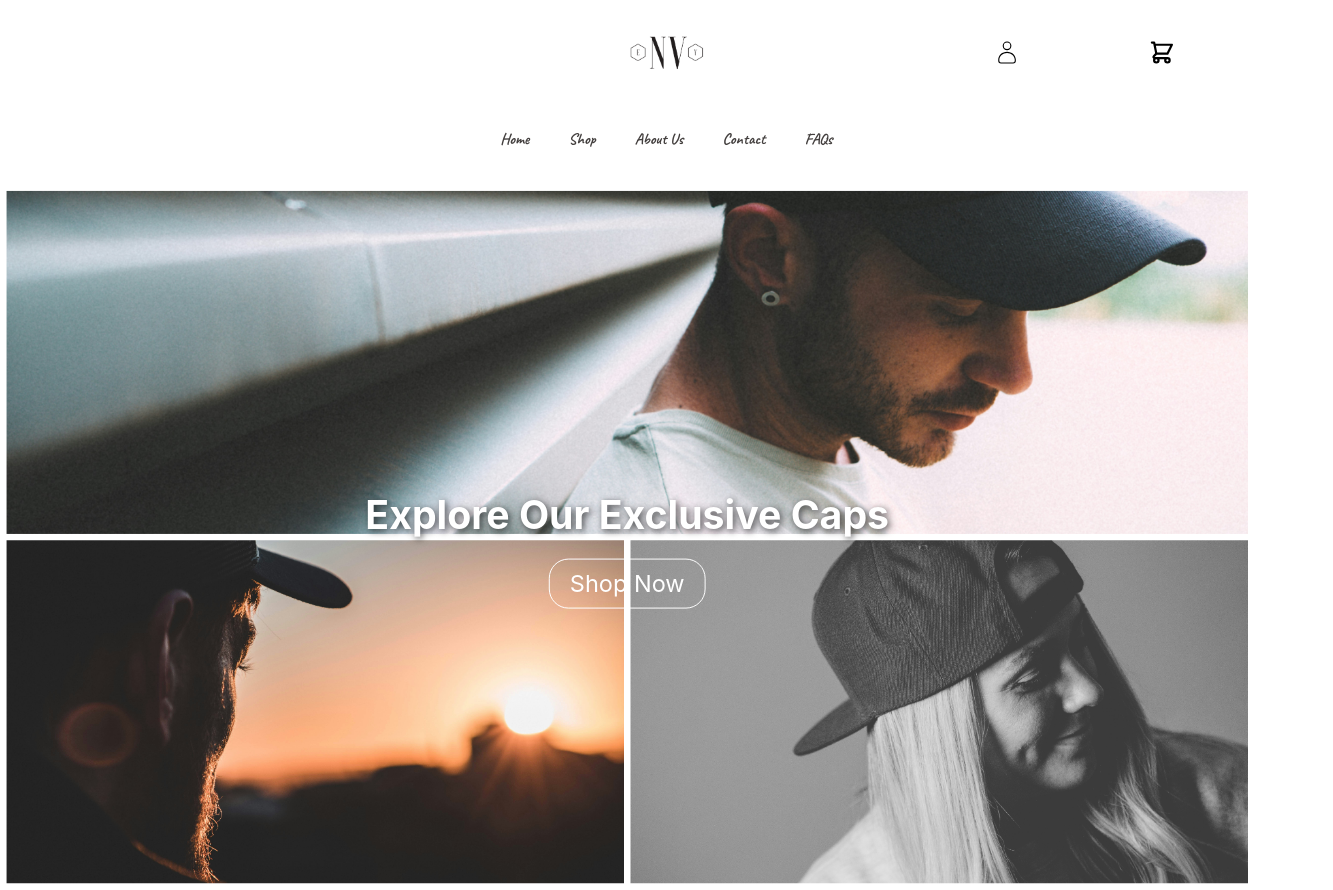
Repository: lasity34/new-envy
Page: / (app in my-new-envy/)
These files come from the project's save history. The page is drawn as it stood at one moment and after the next save; the edit follows.
The browser window is 1280 px wide. The page is 1360 px wide, so the pictures cover 1360 px, including what lies to the right of the window. The pictures show the whole page, at 98% of full size.
The project was rebuilt for these pictures with package versions that can differ from the ones it lists, and the page was loaded fresh each time.

Above is the page before, as saved 2024-04-22 11:20:21.

### my-new-envy/public/index.html
<!DOCTYPE html>
<html lang="en">
  <head>
    <meta charset="utf-8" />
    <link rel="icon" href="%PUBLIC_URL%/logo.png" />
    <meta name="viewport" content="width=device-width, initial-scale=1" />
    <meta name="theme-color" content="#000000" />
    <meta
      name="description"
      content="Web site created using create-react-app"
    />
    <link rel="apple-touch-icon" href="%PUBLIC_URL%/logo.png" />
    <!--
      manifest.json provides metadata used when your web app is installed on a
      user's mobile device or desktop. See https://developers.google.com/web/fundamentals/web-app-manifest/
    -->
    <link rel="manifest" href="%PUBLIC_URL%/manifest.json" />
    <!--
      Notice the use of %PUBLIC_URL% in the tags above.
      It will be replaced with the URL of the `public` folder during the build.
      Only files inside the `public` folder can be referenced from the HTML.

      Unlike "/favicon.ico" or "favicon.ico", "%PUBLIC_URL%/favicon.ico" will
      work correctly both with client-side routing and a non-root public URL.
      Learn how to configure a non-root public URL by running `npm run build`.
    -->
    <link rel="preconnect" href="https://fonts.googleapis.com">
<link rel="preconnect" href="https://fonts.gstatic.com" crossorigin>
<link href="https://fonts.googleapis.com/css2?family=Crimson+Text:ital,wght@0,400;0,600;0,700;1,400;1,600;1,700&display=swap" rel="stylesheet">
<link href="https://fonts.googleapis.com/css2?family=Caveat:wght@400..700&display=swap" rel="stylesheet">
    <title>Envy</title>
  </head>
  <body>
    <noscript>You need to enable JavaScript to run this app.</noscript>
    <div id="root"></div>
    <!--
      This HTML file is a template.
      If you open it directly in the browser, you will see an empty page.

      You can add webfonts, meta tags, or analytics to this file.
      The build step will place the bundled scripts into the <body> tag.

      To begin the development, run `npm start` or `yarn start`.
      To create a production bundle, use `npm run build` or `yarn build`.
    -->
  </body>
</html>

### my-new-envy/src/App.tsx

import { BrowserRouter as Router } from 'react-router-dom';
import Header from './components/Header';
import HeroBanner from './components/HeroBanner';

function App() {
  return (
    <Router>
      <div className="App">

          <Header />
          <HeroBanner />
      </div>
    </Router>
  );
}

export default App;

### my-new-envy/src/components/Header.tsx
import styled from "styled-components";
import { Link } from "react-router-dom";
import { CiUser } from "react-icons/ci";
import { HiOutlineShoppingCart } from "react-icons/hi";

const HeaderContainer = styled.header`
  font-family: "Caveat", cursive;
  color: black;
  padding: 20px 40px;
  display: flex;
  justify-content: space-between;
  flex-direction: column;
  align-items: center; // Ensure everything in the header is centered
  width: 100%;
  text-align: center; // Centers the text elements within flex items
`;

const BannerContainer = styled.div`
  display: flex;
  justify-content: space-between;
  align-items: center;
  width: 100%;
`;

const SearchContainer = styled.div`
  flex: 1;
  display: flex; // Makes sure the search container can align its children
  justify-content: center; // Centering the search bar or content inside the container
`;

const LogoContainer = styled.div`
  flex: 1;
  display: flex;
  justify-content: center; // Ensure logo is centered
  align-items: center;
`;

const AccountCartContainer = styled.div`
  flex: 1;
  display: flex;
  justify-content: center; // Ensure icons are centered
  align-items: center;
`;

const IconNavLinks = styled.ul`
  display: flex;
  justify-content: space-evenly; // This will ensure icons are evenly spaced
  align-items: center;
  list-style: none;
  padding: 0; // Removes padding
  width: 100%; // Ensure it uses the full width available in the container
`;

const IconNavLink = styled.li`
  margin: 0 10px; // Spacing between icons
  a {
    color: black;
    text-decoration: none;
    font-size: 1.7rem;
    display: inline-block;

    &:hover {
      color: #f1c40f; // Color change on hover
    }
  }
`;

const Nav = styled.nav`
  width: 100%;
  display: flex;
  justify-content: center; // Center navigation links horizontally
  align-items: center;
  margin-top: 20px; // Added margin for spacing between banner and nav
`;

const NavLinks = styled.ul`
  list-style: none;
  display: flex;
  justify-content: center; // Ensures links are centered within the navigation
  align-items: center;
  padding: 0;
  width: 100%; // Full width to center all items properly
`;

const NavLink = styled.li`
  margin: 0 20px;
  a {
    color: #433f3e;
    text-decoration: none;
    font-weight: bold;
    position: relative;

    &::after {
      content: '';
      position: absolute;
      bottom: -5px;
      left: 50%;
      width: 0;
      height: 2px;
      background-color: black;
      transition: width 0.5s ease, left 0.5s ease;
      transform: translateX(-50%);
    }

    &:hover::after {
      width: 100%;
      transform: translateX(-50%);
    }
  }
`;

const CapImage = styled.img`
  width: 100px; // Adjust as needed
`;

const Header = () => {
  return (
    <HeaderContainer>
      <BannerContainer>
        <SearchContainer></SearchContainer>
        <LogoContainer>
          <Link to="/">
            <CapImage src="images/logo.png" alt="Queue Caps Logo" />
          </Link>
        </LogoContainer>
        <AccountCartContainer>
          <IconNavLinks>
            <IconNavLink>
              <Link to="/account">
                <CiUser />
              </Link>
            </IconNavLink>
            <IconNavLink>
              <Link to="/cart">
                <HiOutlineShoppingCart />
              </Link>
            </IconNavLink>
          </IconNavLinks>
        </AccountCartContainer>
      </BannerContainer>
      <Nav>
        <NavLinks>
          <NavLink><Link to="/">Home</Link></NavLink>
          <NavLink><Link to="/shop">Shop</Link></NavLink>
          <NavLink><Link to="/about">About Us</Link></NavLink>
          <NavLink><Link to="/contact">Contact</Link></NavLink>
          <NavLink><Link to="/faq">FAQs</Link></NavLink>
        </NavLinks>
      </Nav>
    </HeaderContainer>
  );
};

export default Header;

### my-new-envy/src/components/HeroBanner.tsx
import styled from 'styled-components';
import { Link } from 'react-router-dom';

const BannerContainer = styled.div`
  width: 100vw; // Ensures it takes the full viewport width
  height: 100vh; // Sets the height to full viewport height
  background-image: url('images/hero-background.png'); // Background image for the banner
  background-size: cover; // Ensures the background covers the entire area
  background-repeat: no-repeat; // No repetition of the background image
  background-position: center center; // Centers the background image
  display: flex;
  justify-content: center;
  align-items: center;
  flex-direction: column;
  text-align: center;
  color: white;
  position: relative; // Ensures proper positioning
`;

const Tagline = styled.h1`
  font-size: 2.5rem; // Large font size for main tagline
  margin-bottom: 20px; // Margin below the tagline
  text-shadow: 2px 2px 8px rgba(0,0,0,0.7); // Text shadow for better legibility
`;

const ShopButton = styled(Link)`
  padding: 10px 20px; // Padding for button size
  color: white; // Text color
  font-size: 1.5rem; // Font size for the text on the button
  font-weight: normal; // Normal font weight for thinner text appearance
  background-color: transparent; // Transparent background
  border: 1px solid white; // Thin white border
  border-radius: 20px; // Rounded corners for the button
  text-decoration: none; // No text decoration
  transition: background-color 0.3s, color 0.3s; // Smooth transition for hover effects

  &:hover {
    background-color: white;
    color: black; // Text color changes on hover
  }
`;

const HeroBanner = () => {
  return (
    <BannerContainer>
      <Tagline>Explore Our Exclusive Caps</Tagline>
      <ShopButton to="/shop">Shop Now</ShopButton>
    </BannerContainer>
  );
};

export default HeroBanner;

Loaded but not shown: my-new-envy/src/index.tsx (common file); my-new-envy/src/index.css (common file); my-new-envy/src/reportWebVitals.ts (common file)

After the next save:
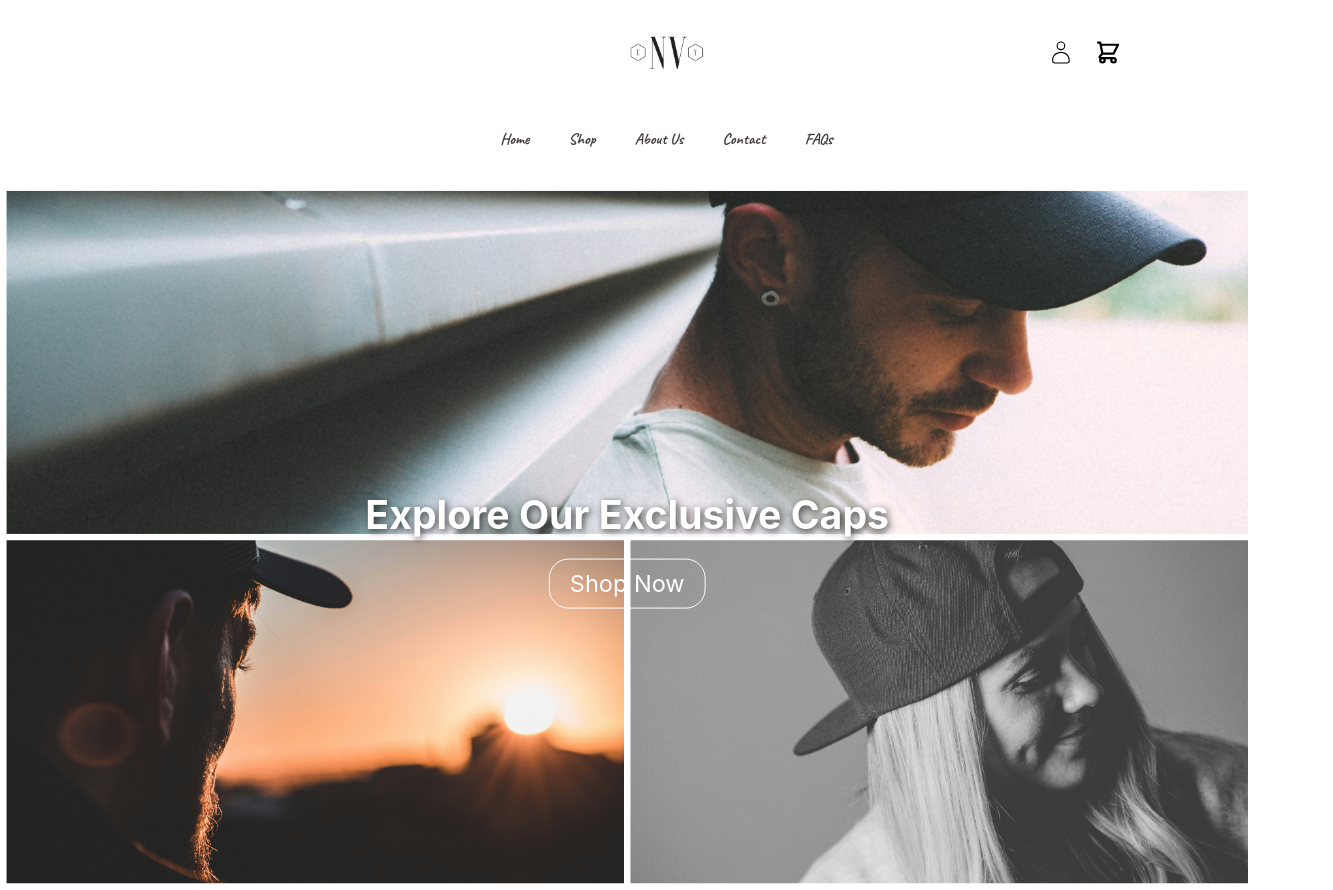
Saved 9 s later.
--- a/my-new-envy/src/components/Header.tsx
+++ b/my-new-envy/src/components/Header.tsx
@@ -44,7 +44,7 @@ const AccountCartContainer = styled.div`
 
 const IconNavLinks = styled.ul`
   display: flex;
-  justify-content: space-evenly; // This will ensure icons are evenly spaced
+  justify-content: center; // This will ensure icons are evenly spaced
   align-items: center;
   list-style: none;
   padding: 0; // Removes padding
